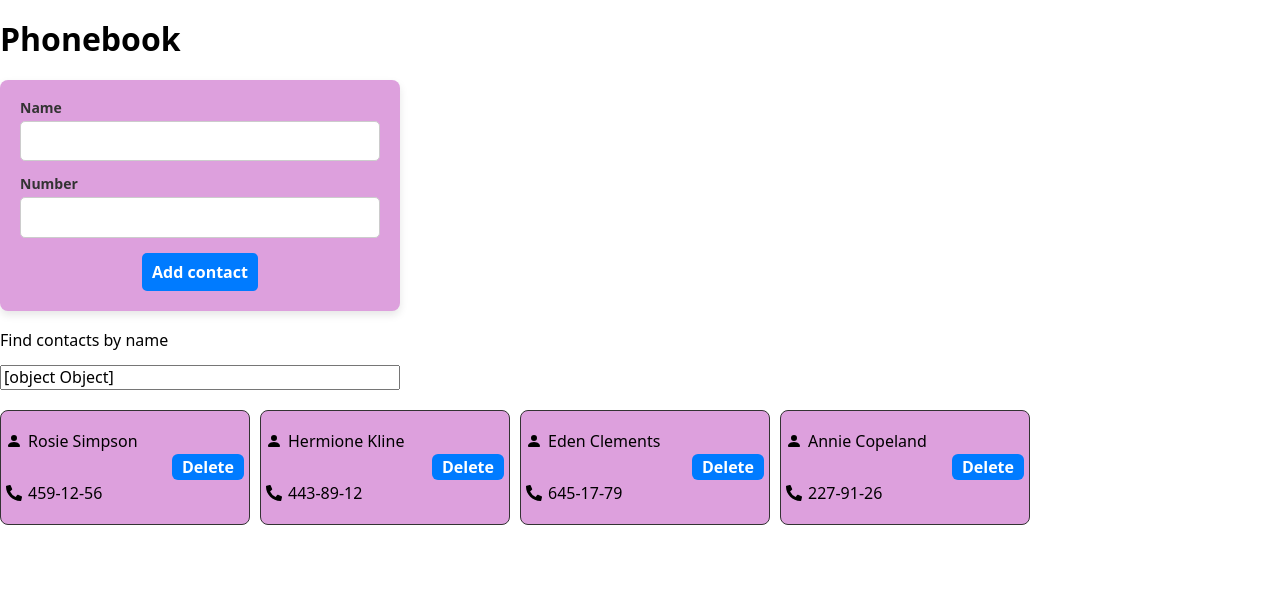
Repository: Evgeniya-Tishakova/goit-react-hw-03
Page: /
An editor plug-in stored every save of this project. The page is shown before and after the next save, followed by the edit.
The browser window is 1280 px wide. The pictures show the whole page.
The project was rebuilt for these pictures with package versions that can differ from the ones it lists, and the page was loaded fresh each time. Also part of the build but not shown: vite.config.js, src/index.css, src/components/App/App.module.css.

Above is the page before, as saved 2025-03-09 16:34:56.

### src/main.jsx
import { StrictMode } from "react";
import { createRoot } from "react-dom/client";
import "./index.css";
import App from "./components/App/App";
import "modern-normalize";

createRoot(document.getElementById("root")).render(
  <StrictMode>
    <App />
  </StrictMode>
);

### src/components/App/App.jsx
import { useState } from "react";
import { nanoid } from "nanoid";

import css from "./App.module.css";
import ContactForm from "../ContactForm/ContactForm";
import ContactList from "../ContactList/ContactList";
import SearchBox from "../SearchBox/SearchBox";

export default function App() {
  const [users, setUsers] = useState([
    { id: "id-1", name: "Rosie Simpson", number: "459-12-56" },
    { id: "id-2", name: "Hermione Kline", number: "443-89-12" },
    { id: "id-3", name: "Eden Clements", number: "645-17-79" },
    { id: "id-4", name: "Annie Copeland", number: "227-91-26" },
  ]);
  const [filterContacts, setFilterContacts] = useState("");

  const addUser = (newUser) => {
    setUsers((prevUsers) => {
      return [...prevUsers, newUser];
    });
  };

  const deleteUser = (userId) => {
    setUsers((prevUsers) => {
      return prevUsers.filter((user) => user.id !== userId);
    });
  };

  const searchUsers = users.filter((user) => user.name.toLowerCase());

  return (
    <>
      <div className={css.container}>
        <h1 className={css.title}>Phonebook</h1>
        <ContactForm onAdd={addUser} />
        <SearchBox value={filterContacts} onFilter={setFilterContacts} />
        <ContactList users={users} onDelete={deleteUser} />
      </div>
    </>
  );
}

### src/components/ContactForm/ContactForm.jsx
import { Formik, Form, Field, ErrorMessage } from "formik";
import css from "./ContactForm.module.css";
import * as Yup from "yup";
import { nanoid } from "nanoid";

const UserSchema = Yup.object().shape({
  name: Yup.string()
    .min(3, "Too Short!")
    .max(50, "Too Long!")
    .required("Required"),
  number: Yup.number()
    .min(3, "Too short")
    .max(50, "Too long")
    .required("Required"),
});

export default function ContactForm({ onAdd }) {
  const initialValues = {
    name: "",
    number: "",
  };

  const id = nanoid();

  const handleSubmit = (values, actions) => {
    console.log("handleSubmit", values);

    onAdd(values, id);
    actions.resetForm();
  };

  // const handleSubmit =(event) => {
  // event.preventDefault();
  //   onAdd({
  //     name: event.target.elements.name.value;
  //     number: event.target.elements.number.value;
  //   })
  // }

  return (
    <Formik
      initialValues={initialValues}
      onSubmit={handleSubmit}
      validation={UserSchema}
    >
      {(props) => (
        <Form className={css.form} onSubmit={props.handleSubmit}>
          <div className={css.container}>
            <label className={css.label}>Name</label>
            <Field className={css.input} type="text" id={id} name="name" />
            <ErrorMessage className={css.error} name="name" component="span" />
          </div>
          <div className={css.container}>
            <label className={css.label}>Number</label>
            <Field className={css.input} type="text" id={id} name="number" />
            <ErrorMessage
              className={css.error}
              name="number"
              component="span"
            />
          </div>

          <button className={css.button} type="submit">
            Add contact
          </button>
        </Form>
      )}
    </Formik>
  );
}

### src/components/ContactList/ContactList.jsx
import css from "./ContactList.module.css";
import Contact from "../Contact/Contact";

export default function ContactList({ users, onDelete }) {
  return (
    <ul className={css.list}>
      {users.map((user) => (
        <li key={user.id} className={css.item}>
          <Contact
            key={user.id}
            name={user.name}
            number={user.number}
            onDelete={onDelete}
          />
        </li>
      ))}
    </ul>
  );
}

### src/components/SearchBox/SearchBox.jsx
import css from "./SearchBox.module.css";

export default function Filter(value, onFilter) {
  return (
    <div className={css.container}>
      <p className={css.text}>Find contacts by name</p>
      <input
        className={css.input}
        type="text"
        value={value}
        onChange={(event) => onFilter(event.target.value)}
      />
    </div>
  );
}

### src/components/ContactForm/ContactForm.module.css
.form {
    display: flex;
    flex-direction: column;
    align-items: center;
    gap: 15px;
    background-color: plum;
    padding: 20px;
    border-radius: 8px;
    box-shadow: 0 4px 8px rgba(0, 0, 0, 0.1);
    max-width: 400px;
    margin-left: 0;
}

.form:hover {

    transform: scale(1.02);
}

.container {
    display: flex;
    flex-direction: column;
    width: 100%;
}


.label {
    font-size: 14px;
    font-weight: 600;
    color: #333;
    margin-bottom: 5px;
}

.input {
    width: 100%;
    padding: 10px;
    border: 1px solid #ccc;
    border-radius: 5px;
    font-size: 16px;
    transition: border 0.3s ease;
}

.input:focus {
    border-color: purple;
    outline: none;
}

.button {

    padding: 10px;
    background-color: #007bff;
    color: white;
    font-size: 16px;
    font-weight: bold;
    border: none;
    border-radius: 5px;
    cursor: pointer;
    transition: background 0.3s ease;
}

.button:hover {
    background-color: #007bff;
}

.button:active {
    background-color: #004494;
}


.error {
    font-size: 14px;
    color: orangered;
}

### src/components/ContactList/ContactList.module.css
.list {
    display: flex;
    flex-wrap: wrap;
    gap: 10px;
    padding: 0;
    margin-top: 20px;
    justify-content: flex-start;
    list-style: none;
}

.item {
    flex: 1 1 calc(33.333% - 10px);
    /* По 3 контакта в ряд */
    max-width: 250px;
    min-width: 200px;
}

### src/components/Contact/Contact.jsx
import css from "./Contact.module.css";
import { BsPersonFill } from "react-icons/bs";
import { FaPhoneAlt } from "react-icons/fa";

export default function Contact({ id, name, number, onDelete }) {
  return (
    <div className={css.contact}>
      <div className={css.container}>
        <p className={css.text}>
          <BsPersonFill className={css.icon} />
          {name}
        </p>
        <p className={css.text}>
          <FaPhoneAlt className={css.icon} />
          {number}
        </p>
      </div>

      <button className={css.button} onClick={() => onDelete(id)}>
        Delete
      </button>
    </div>
  );
}

### src/components/SearchBox/SearchBox.module.css
.input {
    width: 400px;
}

.text {
    margin-top: 20px;
}

### src/components/Contact/Contact.module.css
.contact {
    display: flex;
    justify-content: space-between;
    align-items: center;
    padding: 5px;
    border: 1px solid #333;
    border-radius: 8px;
    background-color: plum;
    width: 100%;
    transition: background-color 0.3s ease-in-out, transform 0.2s ease-in-out;
}

.contact:hover {
    background-color: pink;
    transform: scale(1.02);
}


.container {
    display: flex;
    flex-direction: column;
    gap: 2px;
}

.text {
    display: flex;
    align-items: center;
    gap: 6px;
}


.button {
    padding: 4px 10px;
    background-color: #007bff;
    border: none;
    color: white;
    font-weight: bold;
    border-radius: 6px;
    cursor: pointer;
    transition: background 0.3s ease-in-out, transform 0.2s ease-in-out;
}

.button:hover {
    background-color: #007bff;
    transform: scale(1.05);
}

Loaded but not shown: index.html (common file)

After the next save:
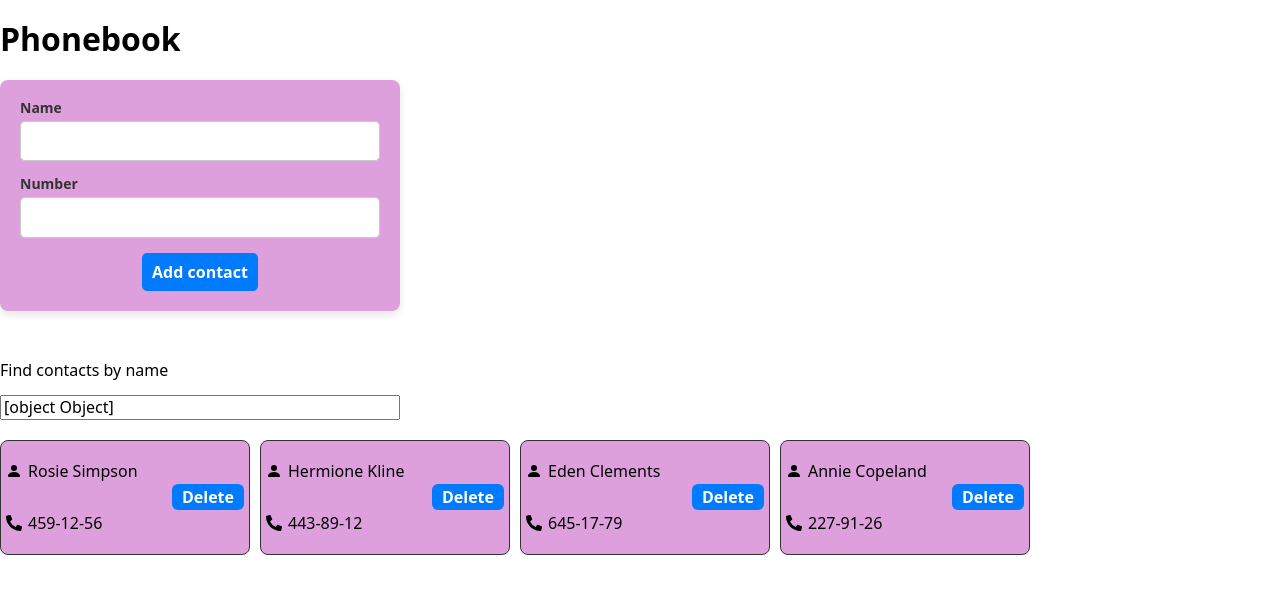
Saved 8 s later.
--- a/src/components/SearchBox/SearchBox.module.css
+++ b/src/components/SearchBox/SearchBox.module.css
@@ -3,5 +3,5 @@
 }
 
 .text {
-    margin-top: 20px;
+    margin-top: 50px;
 }
